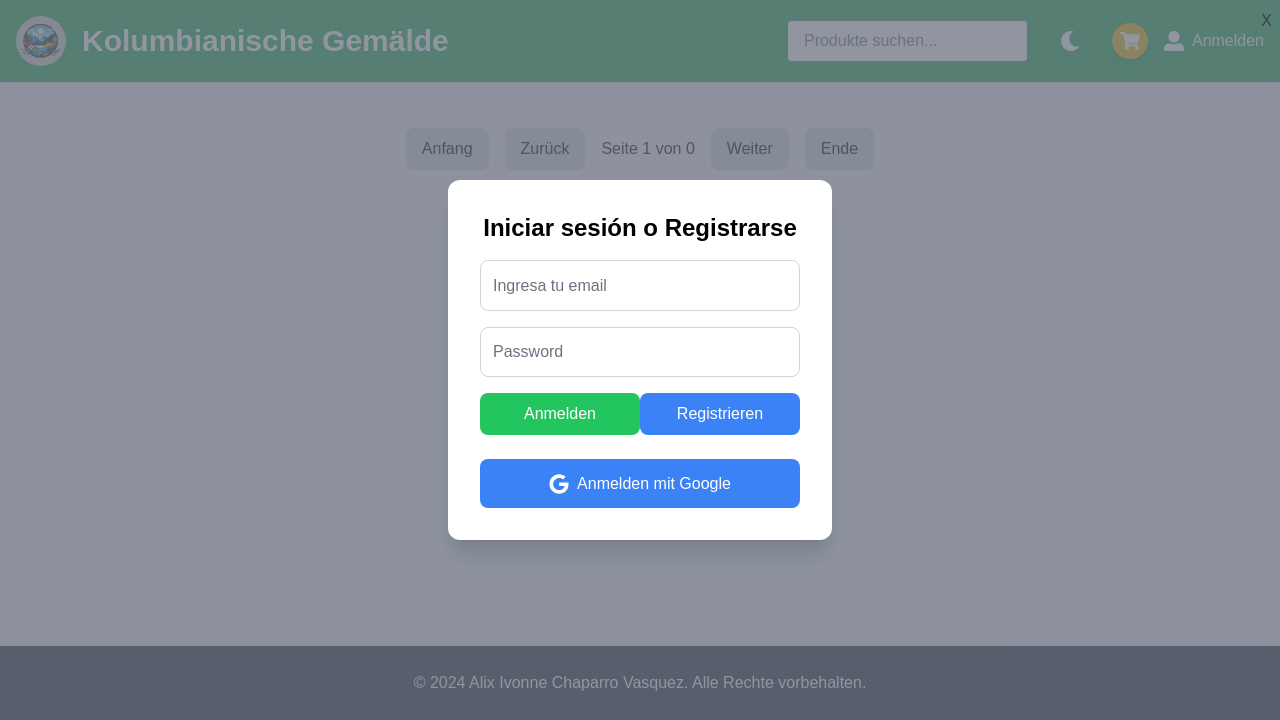
Repository: alixchaparrov/bilder-shop
Page: /, after clicking the first element matching `div.flex > :nth-child(4)`
These files come from the project's save history. The page is drawn as it stood at one moment and after the next save; the edit follows.
The browser window is 1280 px wide. The pictures show the whole page.
The page's requests for data from a server got no answer. The project was rebuilt for these pictures with package versions that can differ from the ones it lists, and the page was loaded fresh each time. The framework's server and built-in components were replaced by stand-ins that run in the browser. No one was signed in, and anything a server would have sent is missing. Also part of the build but not shown: next.config.ts, src/app/components/ProductCard.tsx.

Above is the page before, as saved 2024-12-27 18:51:54.

After the next save:
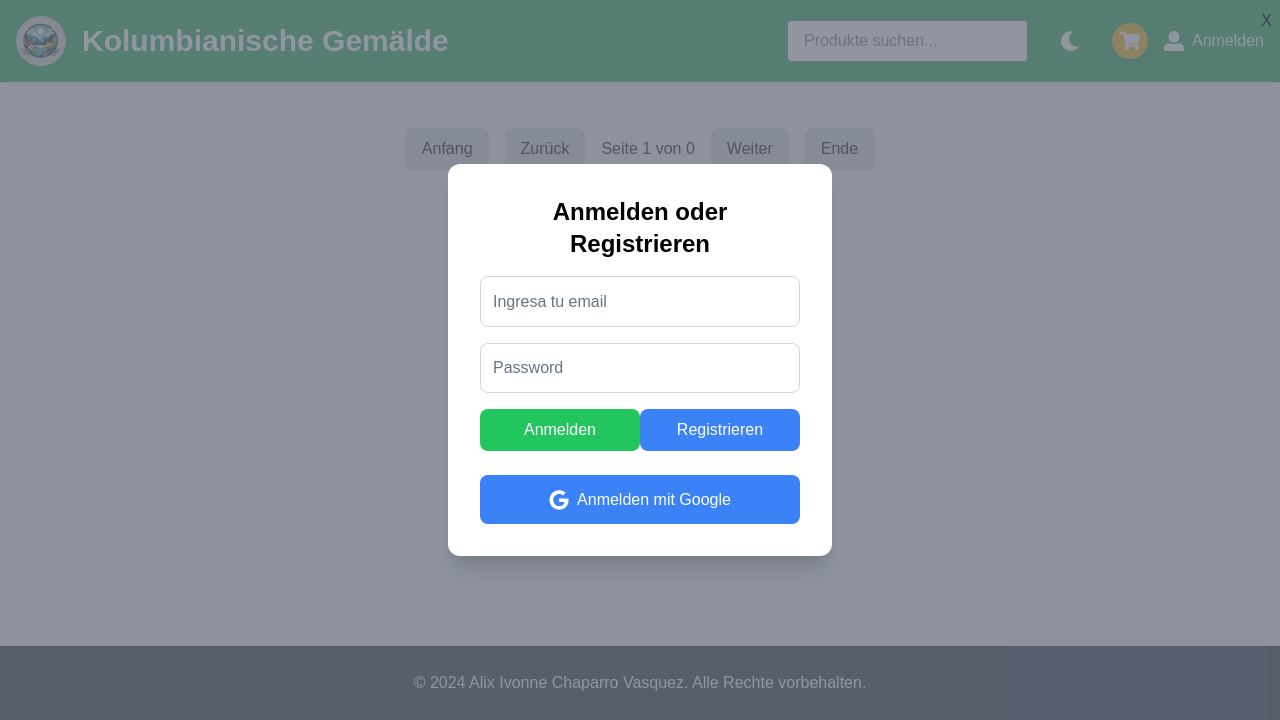
Saved 19 s later.
--- a/src/app/page.tsx
+++ b/src/app/page.tsx
@@ -130,7 +130,7 @@ export default function Home() {
             >
               X
             </button>
-            <h2 className="text-2xl font-semibold text-center mb-4">Iniciar sesión o Registrarse</h2>
+            <h2 className="text-2xl font-semibold text-center mb-4">Anmelden oder Registrieren</h2>
 
             {/* Formulario de autenticación */}
             <AuthComponent />
